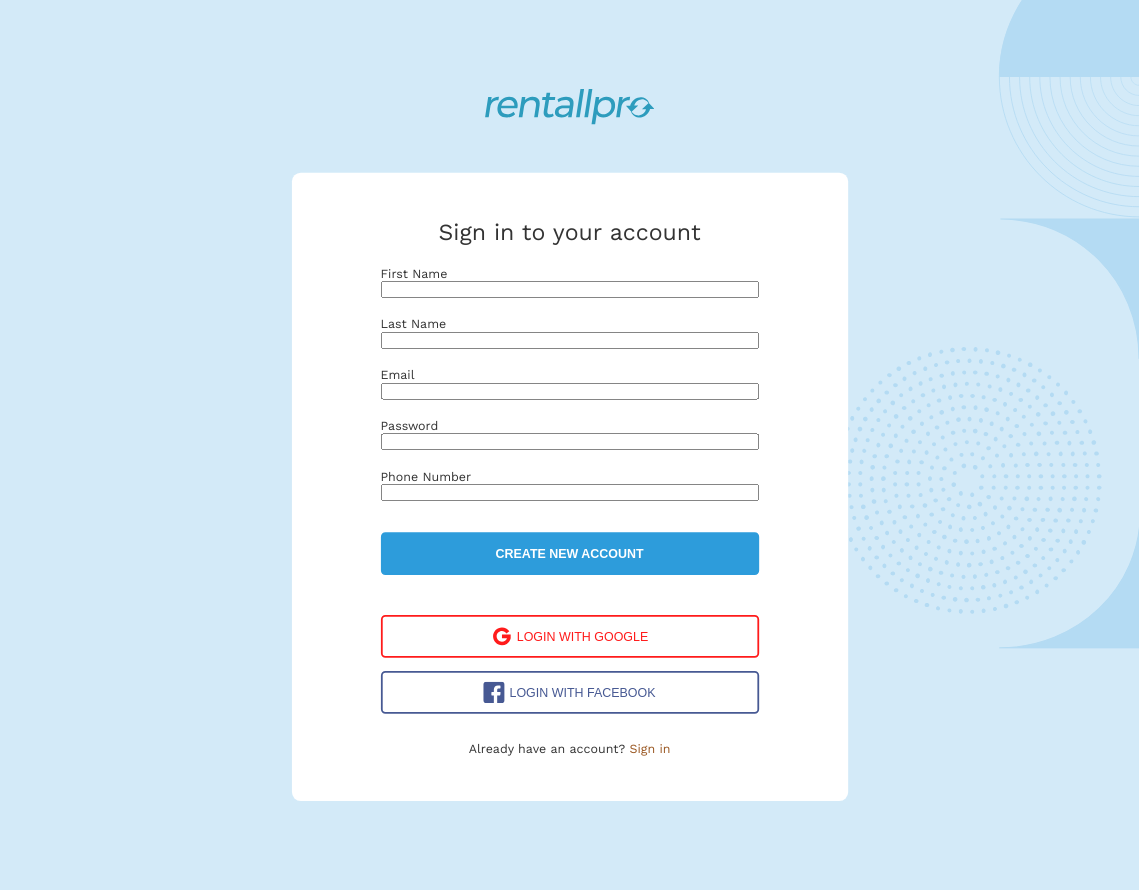
Repository: RentallPro/rentallpro-frontend
Page: /signup
An editor plug-in stored every save of this project. The page is shown before and after the next save, followed by the edit.
The browser window is 1280 px wide. The pictures show the whole page, at 89% of full size.
The project was rebuilt for these pictures with package versions that can differ from the ones it lists, and the page was loaded fresh each time. Also part of the build but not shown: src/views/Auth/Home.js, src/views/Auth/Home.vue.

Above is the page before, as saved 2020-12-10 00:16:21.

After the next save:
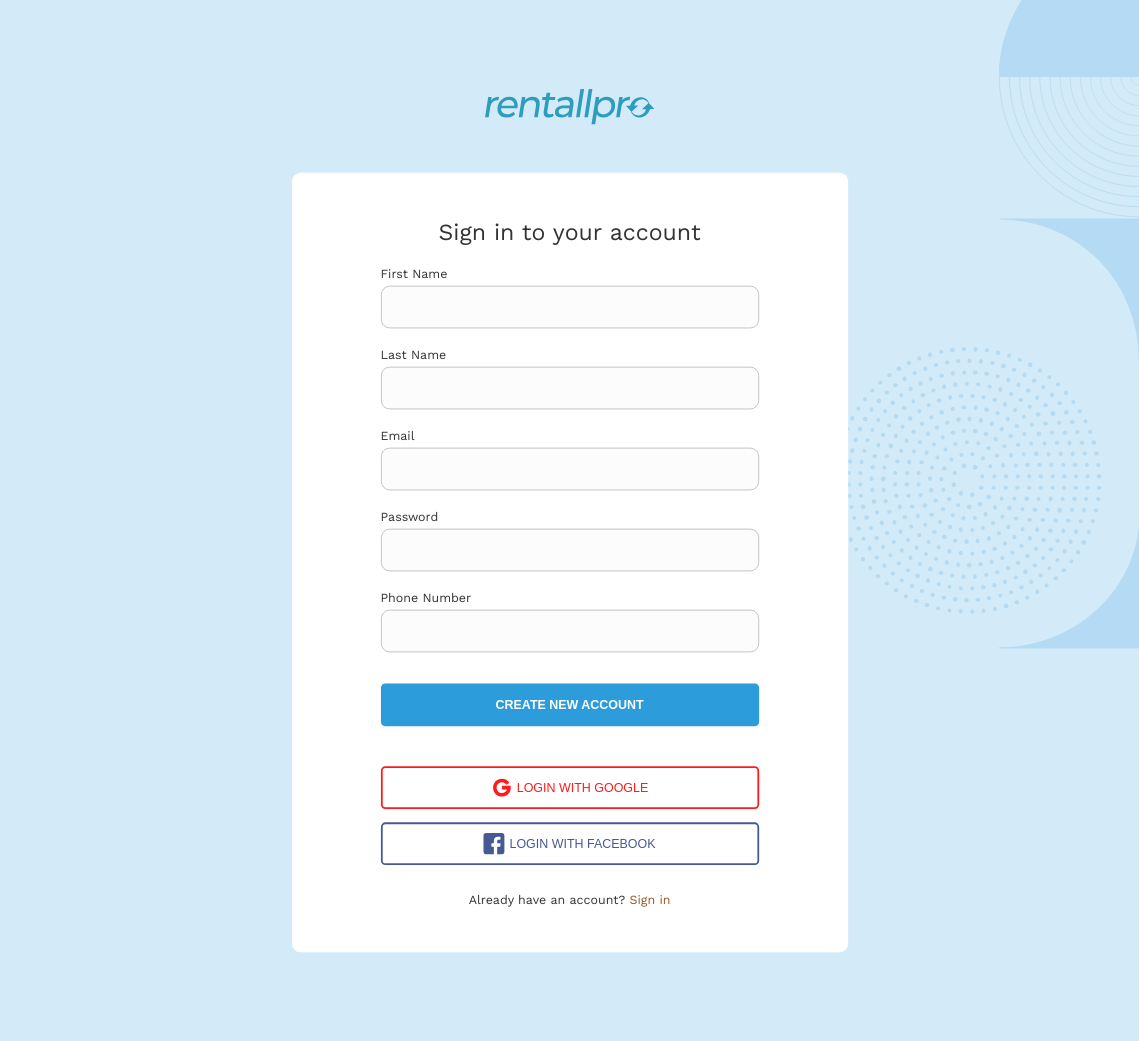
Saved 29 s later.
--- a/src/views/Auth/SignUp.vue
+++ b/src/views/Auth/SignUp.vue
@@ -6,23 +6,23 @@
                 <h3 class="form-title">Sign in to your account</h3>
                 <div class="input">
                     <label for="Email">First Name</label>
-                    <input type="text">
+                    <input type="text" class="input-box ">
                 </div>
                 <div class="input">
                     <label for="Email">Last Name</label>
-                    <input type="text">
+                    <input type="text" class="input-box ">
                 </div>
                 <div class="input">
                     <label for="Email">Email</label>
-                    <input type="email">
+                    <input type="email" class="input-box ">
                 </div>
                 <div class="input">
                     <label for="password">Password</label>
-                    <input type="password">
+                    <input type="password" class="input-box ">
                 </div>
                 <div class="input">
                     <label for="Email">Phone Number</label>
-                    <input type="email">
+                    <input type="email" class="input-box ">
                 </div>
                 <button class="login-button button">
                     CREATE NEW ACCOUNT
